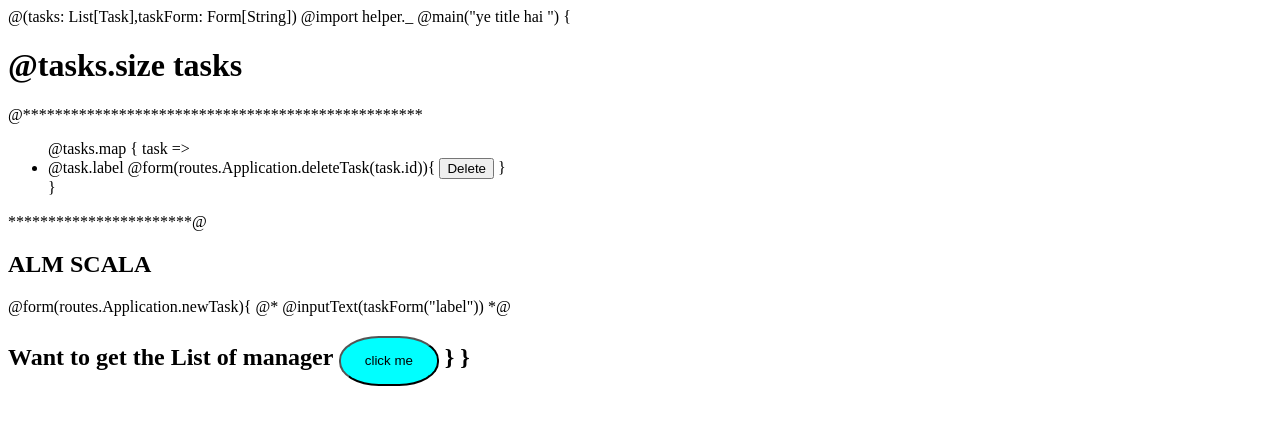
Repository: sumitkum200690/PLAY_SLICK
Page: Play_DB/app/views/index.scala.html
An editor plug-in stored every save of this project. The page is shown before and after the next save, followed by the edit.
The browser window is 1280 px wide. The pictures show the whole page.

Above is the page before, as saved 2015-09-21 11:45:41.

After the next save:
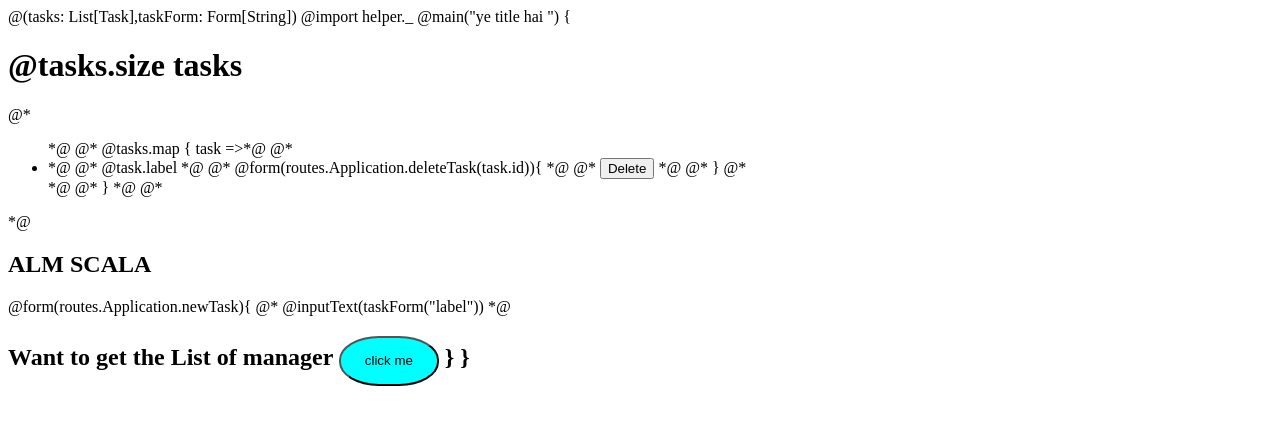
Saved 89 s later.
--- a/Play_DB/app/views/index.scala.html
+++ b/Play_DB/app/views/index.scala.html
@@ -6,24 +6,23 @@
 
 	<h1>@tasks.size tasks </h1>
 
-@**************************************************
- <ul>
 
-		@tasks.map { task =>
+@* <ul> *@
 
-			<li>
-				@task.label
-				@form(routes.Application.deleteTask(task.id)){
-					<input type="submit" value="Delete">
-				}
+@*		@tasks.map { task =>*@
 
-			</li>
+	@*		<li> *@
+		@*		@task.label *@
+			@*	@form(routes.Application.deleteTask(task.id)){ *@
+				@*	<input type="submit" value="Delete"> *@
+		@*		}
 
-			}
+		@*	</li> *@
+
+		@*	} *@
 
 
-
-	</ul> ***********************@
+@*	</ul> *@
 
 <h2><b>ALM SCALA</b></h2>
 		@form(routes.Application.newTask){
